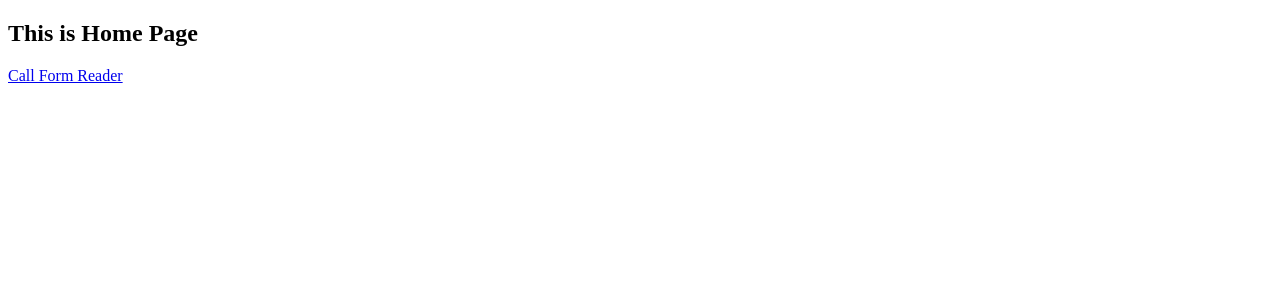
Repository: nikant20/Training
Page: javaee-web25/WebContent/home.html
These files come from the project's save history. The page is drawn as it stood at one moment and after the next save; the edit follows.
The browser window is 1280 px wide. The pictures show the whole page.

Above is the page before, as saved 2018-09-19 09:46:10.

After the next save:
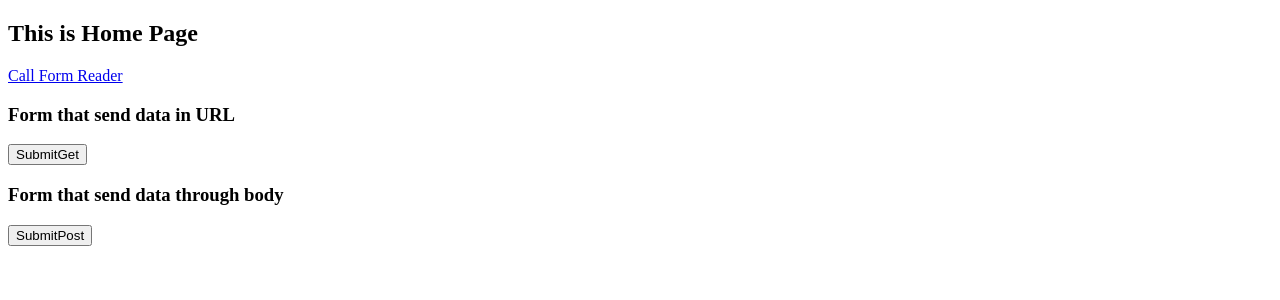
Saved 2 min 49 s later.
--- a/javaee-web25/WebContent/home.html
+++ b/javaee-web25/WebContent/home.html
@@ -8,6 +8,14 @@
 	<h2>This is Home Page</h2>
 
 	<a href="FormReaderServlet">Call Form Reader</a>
-	<form action="FormReaderServlet" method="post"></form>
+	<h3>Form that send data in URL</h3>
+	<form action="FormReaderServlet">
+		<input type="submit" value="SubmitGet">
+	</form>
+	<h3>Form that send data through body</h3>
+	<form action="FormReaderServlet" method="post">
+		<input type="submit" value="SubmitPost">
+	</form>
+
 </body>
 </html>
